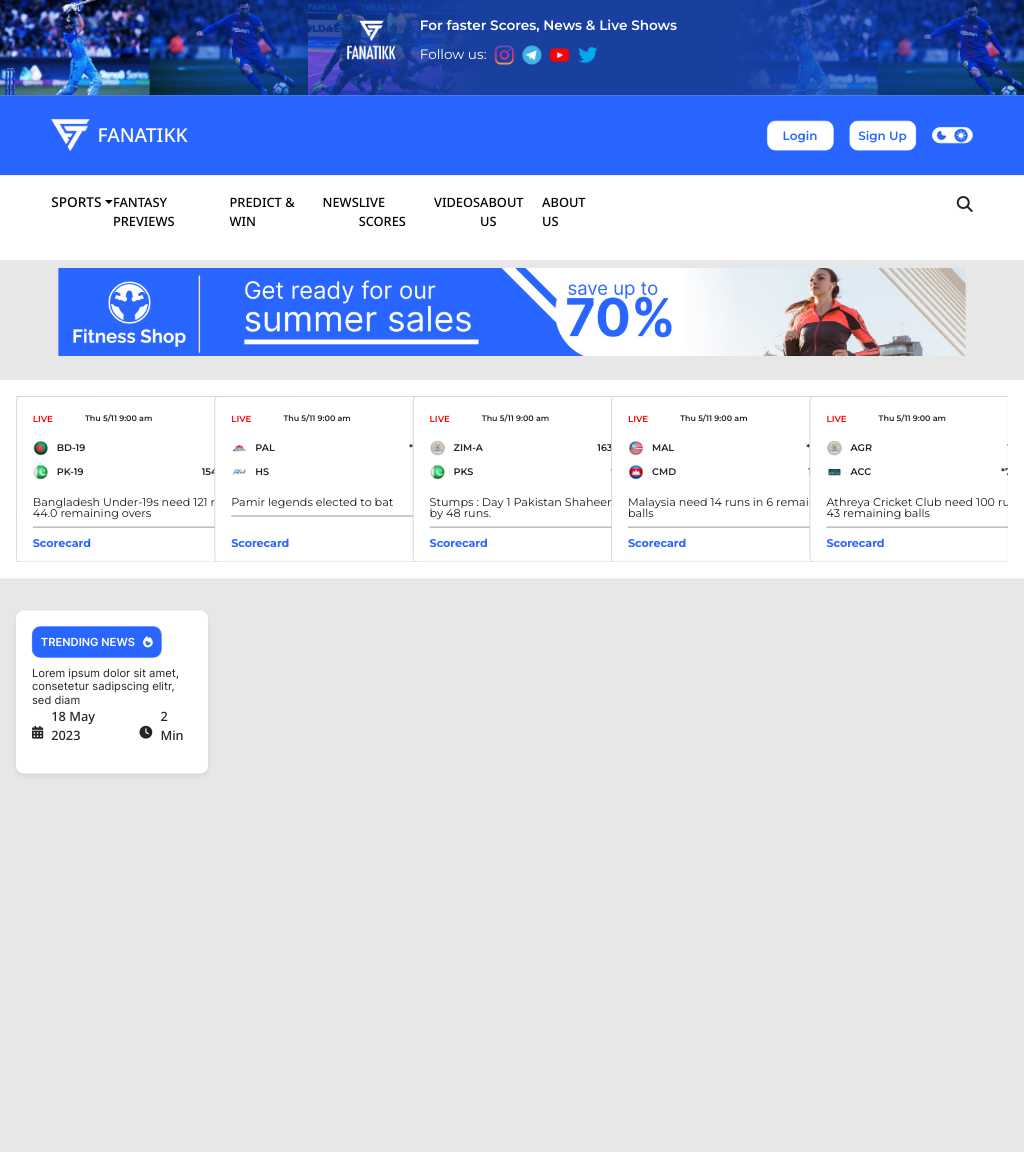
Repository: FlyweisReact/Kannapa
Page: /
The author's editor kept a copy of each file at every save. The page is drawn from the files as they stood at one save, then again after a run of saves.
The browser window is 1280 px wide. The pictures show the whole page, at 80% of full size.
Some web libraries are served in a nearby version. The project was rebuilt for these pictures with package versions that can differ from the ones it lists, and the page was loaded fresh each time. Also part of the build but not shown: src/Components/Layout/Footer.js, src/Components/Sliders/Index-video-Slider.js, src/Components/firstScreen.jsx, src/Components/secondScreen.jsx, src/Components/thirdScreen.jsx, src/Components/fourthScreen.jsx, src/CSS/Footer.css.

Above is the page before, as saved 2023-06-03 13:35:37.

### public/index.html
<!DOCTYPE html>
<html lang="en">
  <head>
    <meta charset="utf-8" />
    <link rel="icon" href="%PUBLIC_URL%/favicon.ico" />
    <meta name="viewport" content="width=device-width, initial-scale=1" />
    <meta name="theme-color" content="#000000" />
    <meta
      name="description"
      content="Web site created using create-react-app"
    />
    <link rel="apple-touch-icon" href="%PUBLIC_URL%/logo192.png" />

    <link rel="manifest" href="%PUBLIC_URL%/manifest.json" />
    <link href="https://fonts.googleapis.com/css2?family=Roboto+Mono:ital,wght@1,300&display=swap" rel="stylesheet">
    <title>React App</title>
  </head>
  <body>
    <noscript>You need to enable JavaScript to run this app.</noscript>
    <div id="root"></div>
    <script src="https://code.jquery.com/jquery-3.6.0.min.js"></script>
    <script src="https://kit.fontawesome.com/b533b351e4.js" crossorigin="anonymous"></script>
  </body>
</html>

### src/index.js
import React from 'react';
import ReactDOM from 'react-dom/client';
import './index.css';
import App from './App';
import {BrowserRouter} from "react-router-dom";
import 'bootstrap/dist/css/bootstrap.min.css';
import 'slick-carousel/slick/slick.css';
import 'slick-carousel/slick/slick-theme.css';

const root = ReactDOM.createRoot(document.getElementById('root'));
root.render(
  <React.StrictMode>
    <BrowserRouter>
      <App />
    </BrowserRouter>
  </React.StrictMode>
);

### src/index.css
/* Fonts */
@font-face {
  font-family:  Noto Sans;
  src: url(../Fonts/NotoSans-Medium.ttf);
}
@font-face {
  font-family:  Montserrat;
  src: url(../Fonts/Montserrat-Italic-VariableFont_wght.ttf);
}
@font-face {
  font-family:  MontserratNormal;
  src: url(../Fonts/Montserrat-VariableFont_wght.ttf);
}
@font-face {
  font-family:  Inter;
  src: url(../Fonts/Inter-VariableFont_slnt\,wght.ttf);
}

/* Var() */
:root {
  --mediumFont: 24px;
}


body {
  margin: 0;
  font-family: NOto Sans;
  background-color: #e7e7e7 !important;
}
* {
  padding: 0;
  margin: 0;
  font-family: Noto Sans;
}
code {
  font-family:Noto Sans;
}
html{
  font-family: Noto Sans;
}

/* === first screen styling ====*/



.second1 {
  display: flex;
  justify-content: space-between;
  margin-left: 5%;
  width: 90%;
  margin-top: 30px;
  gap: 20px;
}
.second1l {
  width: 70%;
}
.second2 {
  background-color: #fff;
}
.second2 img {
  width: 100%;
}
.second2 p {
  font-family: "Segoe UI";
  font-style: normal;
  font-weight: 400;
  font-size: 19.5298px;
  line-height: 25px;
  text-align: left;
  color: #1d1d1d;
}

.second2 h2 {
  font-family: "Segoe UI";
  font-style: normal;
  font-weight: 700;
  font-size: 30.8351px;
  line-height: 53px;
  text-align: left;
  color: #1d1d1d;
}

.second2 h5 {
  font-family: "Segoe UI";
  font-style: normal;
  font-weight: 400;
  font-size: 20.6316px;
  line-height: 39px;
  text-align: left;
  color: #1d1d1d;
  margin: 5px;
}
.second2 h6 {
  text-align: left;
  font-weight: 400;
  font-size: 21.3053px;
  line-height: 29px;
  margin-top: 5px;
}
.sp {
  color: #2965ff;
}
.second1r {
  width: 30%;
}
.second3 {
  background-color: #fff;
  width: 100%;
  box-shadow: 0px 3.6px 7.2px rgba(0, 0, 0, 0.08);
  border-radius: 12px;
}
.second3 button {
  width: 123.8px;
  height: 44.2px;
  background: #2965ff;
  border-radius: 12px;
  color: #fff;
  border: none;
  margin-left: 0px;
  margin-top: 5px;
  margin-bottom: 5px;
}

.second4 {
  margin: 2px;
}
.second4 img {
  width: 100%;
  height: 200px;
  display: flex;
  flex-direction: column;
}
.second4 h6 {
  font-family: "Montserrat";
  font-style: normal;
  font-weight: 900;
  font-size: 13.2px;
  line-height: 17px;
  text-align: left;
  color: #1d1d1d;
  margin-top: 8px;
}
.second4 h3 {
  font-family: "Montserrat";
  font-style: normal;
  font-weight: 600;
  font-size: 22px;
  line-height: 31px;
  text-align: left;
  color: #1d1d1d;
  margin-top: 10px;
}

.horizontal {
  border: 1px solid #e6e6e6;
}

.second5 {
  display: flex;
  justify-content: space-between;
  margin-top: 10px;
  gap: 10px;
  width: 100%;
}
.second5l {
  width: 49%;
}
.second5r {
  width: 49%;
}
.second5l img {
  width: 100%;
  padding: 10px;
  border-radius: 12px;
}
.second5r {
  padding: 10px;
}
.second5r h6 {
  font-family: "Montserrat";
  font-style: normal;
  font-weight: 900;
  font-size: 13.2px;
  line-height: 17px;
  text-align: left;
  color: #1d1d1d;
}
.second5r p {
  font-family: "Montserrat";
  font-style: normal;
  font-weight: 600;
  font-size: 20.6px;
  line-height: 26px;
  text-align: left;
  color: #1d1d1d;
  margin-top: 5px;
}

.second6 {
  margin-top: 20px;
  width: 100%;
}
.second6 img {
  width: 100%;
}
.sec3 {
  margin-top: 40px;
}
.sec2 {
  margin-top: 40px;
}

.third1 {
  display: block;
  justify-content: center;
  gap: 20px;
  width: 90%;
  margin: auto;
  margin-top: 40px;

  background-color: #fff;
}
.third2 {
  width: 10%;
  height: 40px;
  background: #2965ff;
  border-radius: 4px;
  border: none;
  margin-top: 10px;
  margin-bottom: 10px;
  margin-right: 10px;
  color: #fff;
  font-family: "Noto Sans";
  font-style: normal;
  font-weight: 700;
  font-size: 14px;
  line-height: 19px;
  color: #ffffff;
}

.third3 {
  width: 10%;
  height: 40px;
  background: #bfbfbf;
  border-radius: 4px;
  border: none;
  margin-top: 10px;
  margin-bottom: 10px;
  margin-right: 10px;
  color: #fff;
  font-family: "Noto Sans";
  font-style: normal;
  font-weight: 700;
  font-size: 14px;
  line-height: 19px;
  color: #1d1d1d;
}

.third4 {
  display: flex;
  gap: 20px;
  justify-content: space-between;
  width: 90%;
  margin: auto;
  margin-top: 30px;
}
.third4l {
  width: 70%;
}
.third4r {
  width: 30%;
}
.third5 {
  display: flex;
  justify-content: space-between;
  background-color: #fff;
  height: 40px;
}
.third5 p {
  font-family: "Montserrat";
  font-style: normal;
  font-weight: 600;
  font-size: 16.7639px;
  line-height: 35px;
  margin-left: 20px;
  color: #1d1d1d;
  margin-bottom: 5px;
  margin-top: 10;
}
.third5 button {
  width: 10%;
  background: #2965ff;
  border-radius: 4px;
  border: none;
  color: #fff;
  height: 35px;
}
.third6 {
  display: grid;
  grid-template-columns: auto auto;
  margin-top: 20px;
  gap: 20px;
}
.third6itm {
  height: 100%;
  background: #ffffff;
  border: 1px solid #bfbfbf;
  box-shadow: 0px 2.21114px 4.42229px rgba(0, 0, 0, 0.08);
  border-radius: 11.0557px;
}
.third7 {
  display: flex;
  justify-content: space-between;
  width: 96%;
  margin: auto;
  margin-top: 20px;
}
.third7l {
  display: flex;
  gap: 10px;
}
.third7l img {
  height: 40px;
}
.third7 h5 {
  font-weight: 700;
  font-size: 20.478px;
  line-height: 21px;
  color: #000000;
  margin-top: 5px;
}
.third6itm h4 {
  font-family: "Arial";
  font-style: normal;
  font-weight: 600;
  font-size: 22.6891px;
  line-height: 22px;
  text-align: left;
  color: #000000;
  margin-top: 10px;
  margin-left: 6px;
}
.third6itm p {
  font-family: "Arial";
  font-weight: 400;
  font-size: 14.3724px;
  line-height: 20px;
  text-align: left;
  margin-top: 10px;
  margin-left: 6px;
  color: #2965ff;
}
.third6itm button {
  background: #2965ff;
  border-radius: 4.42229px;
  font-family: "Arial";
  font-style: normal;
  font-weight: 700;
  font-size: 24px;
  line-height: 19px;
  color: #ffffff;
  text-align: center;
  margin-top: 20px;
  width: 50%;
  height: 60px;
  border: none;
  margin-right: 46%;
}
.th5 {
  margin-top: 30px;
}

.third8 {
  background-color: #fff;
  border: 1px solid #bfbfbf;
}
.third9 {
  display: flex;
  justify-content: left;
  margin-left: 2%;
  margin-top: 10px;
}
.third9 button {
  background: #2965ff;
  border-radius: 10px;
  width: 30%;
  height: 40px;
  border: none;
  color: #fff;
}
.third10 {
  width: 95%;
  margin: auto;
  margin-top: 10px;
}
.third10 h4 {
  font-family: "Montserrat";
  font-style: normal;
  font-weight: 400;
  font-size: 24.1067px;
  line-height: 30px;
  text-align: left;
  color: #1d1d1d;
}
.third10 p {
  font-family: "Montserrat";
  font-style: normal;
  font-weight: 300;
  font-size: 14.9333px;
  line-height: 22px;
  text-align: left;
  color: #1d1d1d;
  margin-top: 12px;
}

.horizontal2 {
  width: 95%;
  margin: auto;
  border: 1px solid #bfbfbf;
  margin-top: 20px;
}
.third11 {
  margin-top: 20px;
  margin-bottom: 20px;
  font-family: "Montserrat";
  font-style: normal;
  font-weight: 700;
  font-size: 30.52px;
  line-height: 32px;
  color: #2965ff;
}

.third12 {
  margin-top: 30px;
  width: 100%;
}
.third12 img {
  width: 100%;
}

.third13 {
  margin-top: 30px;
  background-color: #fff;
}
.third14 {
  margin-top: 10px;
  width: 90%;
  margin: auto;
  display: flex;
}
.third14 button {
  border: none;
  background: #2965ff;
  border-radius: 10px;
  height: 40px;
  width: 40%;
  font-family: "Inter";
  font-style: normal;
  font-weight: 700;
  font-size: 15px;
  line-height: 25px;
  color: #ffffff;
}
.third15 {
  width: 90%;
  margin: auto;
  margin-top: 20px;
}
.third15 img {
  width: 100%;
}
.third15 h4 {
  font-family: "Montserrat";
  font-style: normal;
  font-weight: 700;
  font-size: 20.1067px;
  line-height: 26px;
  text-align: left;
  color: #1d1d1d;
  margin-top: 8px;
}
.third15 p {
  text-align: left;
  margin-top: 6px;
  font-family: "Montserrat";
  font-style: normal;
  font-weight: 300;
  font-size: 12.9333px;
  line-height: 32px;
  color: #1d1d1d;
}

.fourth1 {
  display: flex;
  width: 90%;
  margin: auto;
  margin-top: 30px;
  justify-content: space-between;
  gap: 20px;
}
.fourth1l {
  width: 70%;
}
.fourth1r {
  width: 30%;
}

.fourth2 {
  background: #0c1f4f;
}
.fourth3 {
  margin-top: 5px;
  padding-top: 10px;
  margin-left: 20px;
  display: flex;
  gap: 20px;
}
.fourth3 img {
  width: 50px;
}
.fourth3 h2 {
  font-family: "Noto Sans";
  font-style: normal;
  font-weight: 600;
  font-size: 20.04px;
  line-height: 25px;

  color: #ffffff;
}

.fourth3 p {
  font-family: "Noto Sans";
  font-style: normal;
  font-weight: 700;
  font-size: 15.48px;
  line-height: 18px;
  color: #ffffff;
  margin-bottom: 10px;
}

.fourth4 {
  background: #2965ff;
  box-shadow: 0px 1.64px 6.56px rgba(0, 0, 0, 0.08);
}

.fourth5 {
  display: flex;
  justify-content: space-between;
  margin-left: 5%;
  padding-top: 20px;
  width: 70%;
}
.fourth6 {
  display: flex;
  gap: 10px;
}
.fourth6 img {
  width: 50px;
  height: 50px;
}
.fourth6 h4 {
  margin-top: 10px;
  font-family: "Noto Sans";
  font-style: normal;
  font-weight: 700;
  font-size: 24.04px;
  line-height: 25px;
  color: #ffffff;
}
.fourth5 h2 {
  font-family: "Noto Sans";
  font-style: normal;
  font-weight: 700;
  font-size: 24.04px;
  line-height: 25px;
  color: #ffffff;
  margin-top: 10px;
}

.fourthP {
  margin-left: 15px;
  margin-top: 20px;
  padding-bottom: 20px;
  font-family: "Noto Sans";

  font-weight: 300;
  font-size: 18.3px;
  line-height: 22px;
  color: #ffffff;
}

.fourth7 {
  margin-top: 30px;
}
.fourth8 {
  width: 100%;
}
thead {
  background-color: #2965ff;
  height:30px;
  color: #fff;
}
.fourth9 {
  display: flex;
  gap: 10px;
}
.fourth9 img {
  width: 60px;
  height: 60px;
}
.fourth10 {
  display: flex;
  gap: 5px;
  flex-direction: column;
  margin-top: 12px;
}
.fourth10 h6{
  font-family: 'Noto Sans';
  font-style: normal;
  font-weight: 700;
  font-size: 15.9151px;
  line-height: 18px;
  color: #1D1D1D;
}
.fourth10 p{
  font-family: 'Noto Sans';
  font-style: normal;
  font-weight: 600;
  font-size: 13.6415px;
  line-height: 18px;

  color: rgba(29, 29, 29, 0.5);
  opacity: 0.5;
}

### src/CSS/Navbar.css
/**
 * === navbar styling ====
 *
 * @format
 */
.Stick-navbar{
    height: 100%;
    transition: box-shadow 0.3s ease;
    height: 100px;
}
.Navbar {
  display: flex;
  justify-content: space-between;
  background: #2965ff;
  padding: 20px;
  width: 100%;
  gap: 20px;
  position: fixed !important;
  top: 0;
  z-index: 999;
  transition: box-shadow 0.3s ease;
  align-items: center;
}

.Navbar .Left_Container {
  width: 30%;
}
.Navbar .Left_Container .Logo_Div {
  display: flex;
  gap: 10px;
  justify-content: center;
  align-items: center;
}
.Navbar .Left_Container .Logo_Div p {
  color: #fff;
  font-size: var(--mediumFont);
  margin: 0;
}
.Navbar .Left_Container .Logo_Div img {
  width: 47.73px;
  height: 40px;
}

.Navbar .Right_Container {
  width: 70%;
  display: flex;
  justify-content: center;
  gap: 40px;
}
.Navbar .Right_Container .Item {
  display: flex;
  justify-content: baseline;
}

.Navbar .Right_Container .Item p {
  font-size: 16px;
  cursor: pointer;
  color: #ffffff;
  padding-top: 2px;
}

.Navbar .Right_Container .Item .DropDown {
  border: none;
  color: #fff;
  font-size: 17px;
  cursor: pointer;
  color: #ffffff;
  margin: 0;
  padding: 0;
}
.Navbar .Right_Container .Item .fa-magnifying-glass {
  color: #fff;
  font-size: 18px;
  cursor: pointer;
  padding-top: 7px;
}
.Navbar .Right_Container .Item .Toggle{
  width: 51.43px;
  height: 19.03px;
  display: flex;
  justify-content: space-between;
  align-items: center;
  padding-left: 5px;
  padding-right: 5px;
  border-radius: 10px;
  background-color: #fff;
  border: 1px solid #fff;
  cursor: pointer;
  align-items: center;
  margin-top: 8px;
}


/* Header 2 */
.Header1 {
  background-image: url("../../public/Images/22.png");
  color: #ffffff;
  width: 100%;
  background-repeat: no-repeat;
  background-size: cover;
  height: 119px;
  padding: 20px;
}
.Header1 .Main {
  display: flex;
  align-items: center;
  justify-content: center;
  gap: 30px;
}
.Header1 .Main p {
  margin: 0;
}
.Header1 .Main .Head {
  font-family: MontserratNormal;
  font-weight: 600;
  font-size: 17px;
  color: #ffffff;
}

.Header1 .Main .Two {
  display: flex;
  gap: 10px;
  margin-top: 10px;
  align-items: center;
}
.Header1 .Main .Two p {
  font-family: MontserratNormal;
  font-style: normal;
  font-weight: 400;
  font-size: 17px;
  line-height: 17px;
  color: #ffffff;
}
.Header1 .Main .Social {
  display: flex;
  gap: 10px;
  align-items: center;
}

/* Fading Navbar */

.Fading_Nav {
  display: flex;
  justify-content: space-between;
  background: #2965ff;
  padding: 30px;
  width: 100%;
  gap: 20px;
  align-items: center;
  padding-left: 5%;
  padding-right: 5%;
}

.Fading_Nav .Left_Container {
  width: 30%;
}
.Fading_Nav .Left_Container .Logo_Div {
  display: flex;
  gap: 10px;
  justify-content: flex-start;
  align-items: center;
}
.Fading_Nav .Left_Container .Logo_Div p {
  color: #fff;
  font-size: var(--mediumFont);
  margin: 0;
}
.Fading_Nav .Left_Container .Logo_Div img {
  width: 47.73px;
  height: 40px;
}

.Fading_Nav .Right_Container {
  width: 70%;
  display: flex;
  justify-content: flex-end;
  gap: 20px;
  align-items: center;
}
.Fading_Nav .Right_Container button {
  font-family: MontserratNormal;
  font-style: normal;
  font-weight: 600;
  width: 83px;
  height: 37px;
  border-radius: 10px;
  font-size: 15px;
  line-height: 19px;
  color: #2965ff;
  background-color: #fff;
  border: 1px solid #fff;
  cursor: pointer;
}
.Fading_Nav .Right_Container .Toggle {
  width: 51.43px;
  height: 19.03px;
  display: flex;
  justify-content: space-between;
  align-items: center;
  padding-left: 5px;
  padding-right: 5px;
}


/* Fading Category */
.Fading_Category{
    display: flex;
    justify-content: space-between;
    padding: 20px;
    background-color: #fff;
    padding-left: 5%;
    padding-right: 5%;
}
.Fading_Category .Left_Container {
    display: flex;
    justify-content: space-between;
    width: 60%;
}

.Fading_Category .Left_Container .Item {
    display: flex;
    justify-content: baseline;
  }

  .Fading_Category .Left_Container .Item p {
    font-size: 16px;
    cursor: pointer;
    color: #000;
    padding-top: 2px;
  }

  .Fading_Category .Left_Container .Item .DropDown {
    border: none;
    font-size: 17px;
    cursor: pointer;
    color: #000;
    margin: 0;
    padding: 0;
    border: none;
  }

.Fading_Category .Right_Container i{
    font-size: 20px;
    padding-top: 7px;
}


/* Fading Effect */
.HomePage{
    min-height: 200vh;
}
.fade-out{
    opacity: 0;
    transition: opacity 0.5s;
    height: 0;
    overflow: hidden;
}
.fade-in{
    opacity: 1;
    transition: opacity 0.5s;
    height: auto;
    overflow: hidden;
    width: 100%;
}

### src/CSS/Component.css
/** @format */

/* Fading Header */

/* Home Screen */
.Index_Center_Banner {
  width: 100%;
  padding: 10px;
}

.Index_Center_Banner img {
  width: 90%;
  display: block;
  margin: auto;
}

.Index_Center_GIF {
  width: 100%;
  padding: 10px;
}

.Index_Center_GIF img {
  width: 90%;
  display: block;
  margin: auto;
  height: 500px;
}

.Index_Center_Desc {
  display: flex;
  width: 90%;
  padding: 10px;
  margin: auto;
}

.Index_Center_Desc .Main_Comp {
  text-align: left;
}
.Index_Center_Desc .Main_Comp .head {
  font-size: 36px;
  color: #1d1d1d;
  text-shadow: 0px 1px 1px rgba(37, 37, 37, 0.5);
  margin: 0;
}

.Index_Center_Desc .Main_Comp .Two_Sec {
  display: flex;
  gap: 10px;
  align-items: flex-start;
}
.Index_Center_Desc .Main_Comp .Two_Sec img {
  height: 20px;
  margin-top: 4px;
}

.Index_Center_Desc .Main_Comp .Two_Sec p {
  color: rgba(29, 29, 29, 0.6);
  text-shadow: 0px 1px 1px rgba(37, 37, 37, 0.5);
  font-style: italic;
}

.Index_Center_Desc .Main_Comp .desc p {
  font-size: 16px;
  line-height: 24px;
  align-items: center;
  color: rgba(29, 29, 29, 0.6);
  max-width: 60%;
  font-style: italic;
  margin: 0;
}
.first5 p u {
  color: #333;
}

.Index_Logo_Div {
  display: flex;
  justify-content: space-between;
  align-items: center;
  width: 90%;
  margin: auto;
  padding-top: 10px;
  padding-bottom: 10px;
}
.Index_Logo_Div .Left_Comp {
  display: flex;
  gap: 10px;
  align-items: center;
}
.Index_Logo_Div .Right_Comp img {
  cursor: pointer;
}

.Index_Video_Slider {
  width: 90%;
  display: block;
  margin: auto;
  padding-top: 10px;
  padding-bottom: 10px;
}

.Video_Slider {
  width: 100%;
  /* padding: 20px; */
  display: block;
  margin: auto;
}
.Video_Slider .Main_Item {
  background: #ffffff;
  border: 1px solid #1d1d1d;
  border-radius: 10px;
  height: 400px;
}
.Video_Slider .Main_Item img {
  width: 100%;
  border-radius: 10px 10px 0px 0px;
}
.Video_Slider .Main_Item p {
  padding: 10px;
  font-family: Montserrat;
  font-size: 15px;
  line-height: 18px;
  color: #1d1d1d;
}
.Video_Slider .Main_Item:focus {
  outline: none;
}

.Index_Center_Button {
  width: 90%;
  display: block;
  margin: auto;
  padding-top: 10px;
  padding-bottom: 10px;
  margin-top: 2%;
  position: relative;
}
.Index_Center_Button button {
  font-family: Montserrat;
  font-size: 16px;
  line-height: 20px;
  text-transform: uppercase;
  width: 256px;
  color: #ffffff;
  background: #2965ff;
  border: 1px solid #2965ff;
  border-radius: 25px;
  padding: 10px;
  display: block;
  margin: auto;
}

.Index_Center_Button .empty {
  height: 4px !important;
  position: absolute;
  top: 50%;
  left: 50%;
  transform: translate(-50%, -50%);
  z-index: -1;
  background-color: #2965ff;
  width: 100%;
}

.Index_Three_Cont {
  width: 90%;
  display: grid;
  grid-template-columns: auto auto auto;
  gap: 20px;
  margin: auto;
  padding-top: 20px;
}
.Index_Three_Cont .Main_Component .head {
  font-family: Montserrat;
  font-style: normal;
  font-weight: 700;
  font-size: 22.3418px;
  line-height: 30px;
  color: #1d1d1d;
}
.Index_Three_Cont .Main_Component img {
  width: 100%;
}
.Index_Three_Cont .Main_Component .desc {
  font-family: Montserrat;
  font-style: normal;
  font-weight: 300;
  font-size: 15.9584px;
  line-height: 40px;
}

/* Score_Card_Slider */
.ScoreCard_Slider {
  background-color: #ffffff;
  padding: 20px;
  margin-top: 20px;
  margin-bottom: 20px;
}
.ScoreCard_Slider .Main_Item {
  border: 1px solid #cfcfcf;
  background-color: #fff;
  border-radius: 5px;
  padding: 20px;
  width: 350px !important;
  height: 208px !important;
  position: relative;
}
.ScoreCard_Slider .Main_Item .two_Sec {
  display: flex;
  gap: 40px;
  align-items: center;
  margin-bottom: 20px;
}
.ScoreCard_Slider .Main_Item .two_Sec p {
  margin: 0;
  font-family: MontserratNormal;
  font-style: normal;
  font-weight: 600;
  font-size: 10px;
  line-height: 14px;
}
.ScoreCard_Slider .Main_Item .two_Sec .first {
  margin: 0;
  font-family: MontserratNormal;
  font-style: normal;
  font-weight: 600;
  font-size: 11px;
  line-height: 14px;
  color: #ff0000;
}
.ScoreCard_Slider .slick-next:before {
  display: none !important;
}

.ScoreCard_Slider .Main_Item .Flags_Div {
  display: flex;
  justify-content: space-between;
  align-items: center;
  gap: 10px;
  margin-top: 10px;
}

.ScoreCard_Slider .Main_Item .Flags_Div div {
  display: flex;
  gap: 10px;
  align-items: center;
}
.ScoreCard_Slider .Main_Item .Flags_Div div p {
  margin: 0;
  font-family: MontserratNormal;
  font-style: normal;
  font-weight: 600;
  font-size: 12px;
  line-height: 17px;
}
.ScoreCard_Slider .Main_Item .desc {
  color: #1d1d1d;
  font-family: MontserratNormal;
  font-style: normal;
  font-weight: 400;
  font-size: 14px;
  line-height: 14px;
  width: 90%;
  margin: 0;
  margin-top: 20px;
}
.ScoreCard_Slider .Main_Item .empty {
  background-color: #bfbfbf;
  width: 100%;
  height: 2px;
  margin-top: 10px;
}
.ScoreCard_Slider .Main_Item .Scorecard {
  font-family: MontserratNormal;
  font-style: normal;
  font-weight: 700;
  font-size: 14px;
  line-height: 14px;
  position: absolute;
  letter-spacing: -0.11px;
  color: #2965ff;
  bottom: 0;
}

/* Index_Three_Sec_Layout */
.Index_Three_Sec_Layout {
  width: 100%;
  padding: 20px;
  display: flex;
  gap: 20px;
}
.Index_Three_Sec_Layout .left_Comp {
  width: 20%;
}
.Index_Three_Sec_Layout .Mid_Comp {
  width: 60%;
}
.Index_Three_Sec_Layout .Right_Comp {
  width: 20%;
}

.Index_Three_Sec_Layout .left_Comp .Trading_News {
  background-color: #fff;
  padding: 20px;
  box-shadow: 0px 3px 6px rgba(0, 0, 0, 0.08);
border-radius: 10px;
}
.Index_Three_Sec_Layout .left_Comp .Trading_News button {
  background-color: #2965ff;
  color: #fff;
  border: 1px solid #2965ff;
  text-transform: uppercase;
  border-radius: 10px;
  font-style: normal;
  font-weight: 600;
  font-size: 14px;
  line-height: 17px;
  font-family: Inter;
  padding: 10px;
  display: flex;
  gap: 10px;
  align-items: center;
}

.Index_Three_Sec_Layout .left_Comp .Trading_News .desc{
  margin-top: 10px;
}
.Index_Three_Sec_Layout .left_Comp .Trading_News .desc .head{
  font-family: Inter;
  font-style: normal;
  font-weight: 400;
  font-size: 14px;
  line-height: 17px;
margin: 0;
}


.Index_Three_Sec_Layout .left_Comp .Trading_News .desc .two_sec{
  display: flex;
  align-items: center;
  gap: 20px;
}
.Index_Three_Sec_Layout .left_Comp .Trading_News .desc .two_sec div{
  display: flex;
  align-items: center;
  gap: 10px;
}

Loaded but not shown: src/App.css (common file); src/Components/Sliders/ScoreCard.js (443 lines, source omitted); src/Pages/HomeScreen.js (83 lines, source omitted); src/Components/Layout/Navbar.js (71 lines, source omitted); src/Components/Layout/FadingNav/FadingCategory.js (57 lines, source omitted); src/App.js (32 lines, source omitted); src/Components/Layout/FadingNav/FadingNav.js (27 lines, source omitted); src/Components/Layout/FadingNav/Header1.js (32 lines, source omitted)

After the next 3 saves:
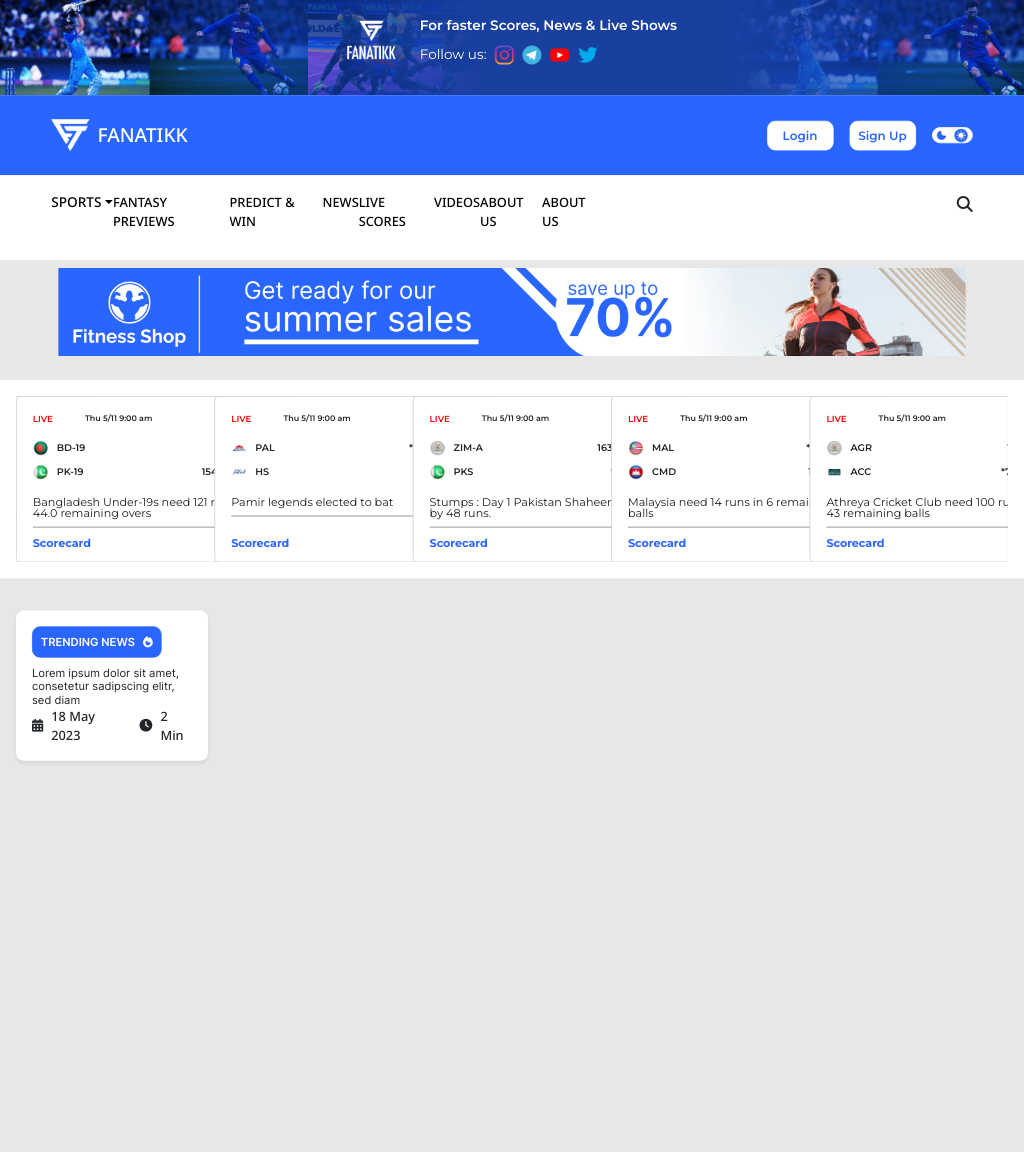
The 3 saves are shown as one change because they came seconds apart.
The last was saved 9 s later.
--- a/src/CSS/Component.css
+++ b/src/CSS/Component.css
@@ -343,3 +343,6 @@ margin: 0;
   align-items: center;
   gap: 10px;
 }
+.Index_Three_Sec_Layout .left_Comp .Trading_News .desc .two_sec div p{
+margin: 0;
+}
